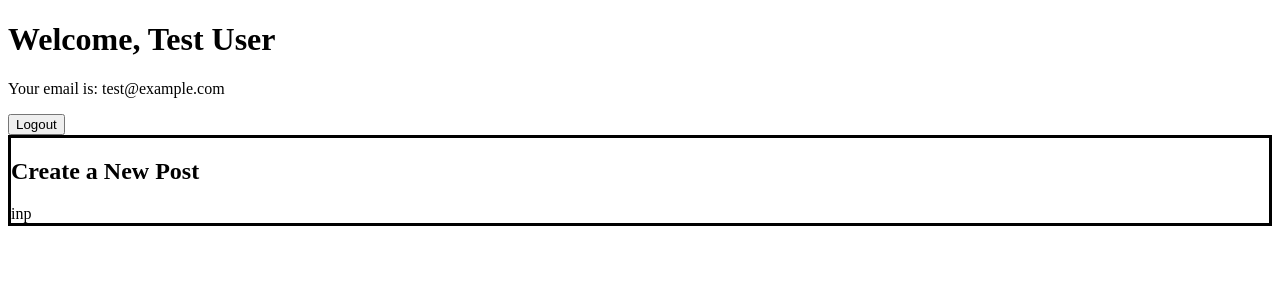
Repository: Adel-Shurrab/CRUD-System
Page: http://localhost/
These files come from the project's save history. The page is drawn as it stood at one moment and after the next save; the edit follows.
The browser window is 1280 px wide. The pictures show the whole page.
The page is served by the project's Laravel application, run on PHP 8.4 with Laravel 12. A made-up administrator, Test User (test@example.com), is signed in.

Above is the page before, as saved 2025-05-14 14:33:31.

After the next save:
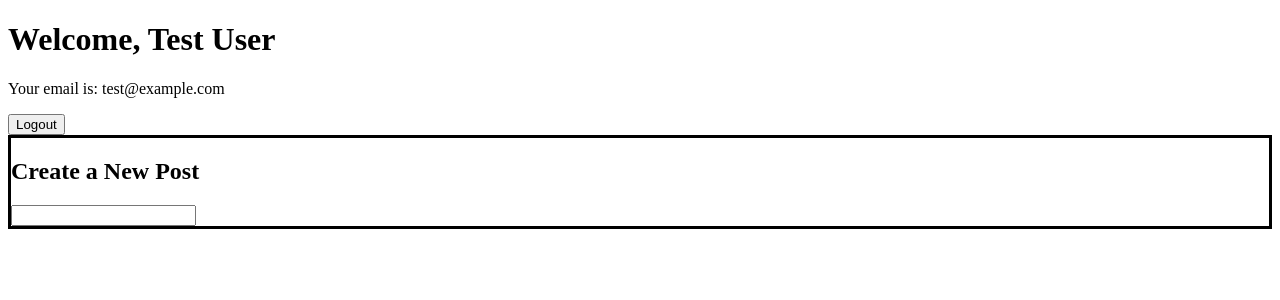
Saved 4 s later.
--- a/resources/views/home.blade.php
+++ b/resources/views/home.blade.php
@@ -20,7 +20,7 @@
         <h2>Create a New Post</h2>
         <form action="/" method="POST">
             @csrf
-            inp
+            <input type="text">
         </form>
     </div>
 
